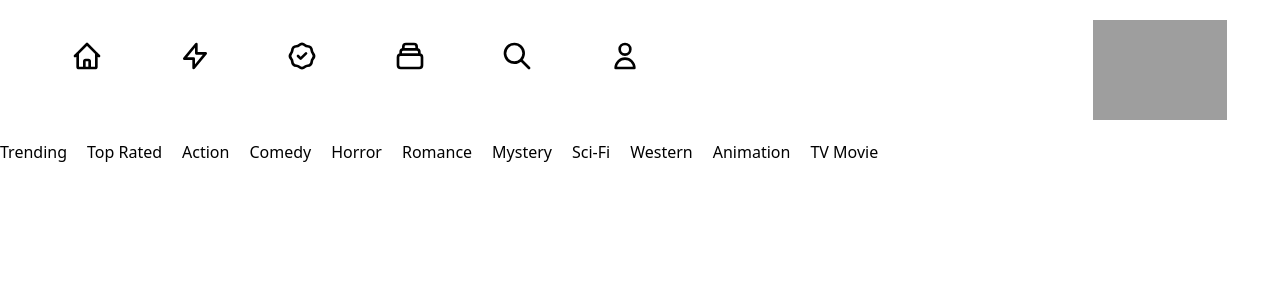
Repository: jafredk/hulu-2
Page: /
An editor plug-in stored every save of this project. The page is shown before and after the next save, followed by the edit.
The browser window is 1280 px wide. The pictures show the whole page.
Pictures or frames that could not be fetched are drawn as grey boxes. The project was rebuilt for these pictures with package versions that can differ from the ones it lists, and the page was loaded fresh each time. The framework's server and built-in components were replaced by stand-ins that run in the browser. Also part of the build but not shown: next.config.js.

Above is the page before, as saved 2021-11-02 11:47:18.

### pages/index.js
import Head from 'next/head'
import Image from 'next/image'
import Header from '../components/Header'
import Nav from '../components/Nav'


export default function Home() {
  return (
    <div>
      <Head>
        <title>HULU</title>
        <meta name="description" content="Generated by create next app" />
        <link rel="icon" href="/favicon.ico" />
      </Head>



      {/* Header */}
      <Header />



      {/* Nav */}
      <Nav />



      {/* Results */}
    </div>
  )
}

### components/Header.js
import {
    BadgeCheckIcon,
    CollectionIcon,
    HomeIcon,
    LightningBoltIcon,
    SearchIcon,
    UserIcon,
} from "@heroicons/react/outline";

import Image from 'next/image'
import HeaderItem from './HeaderItem';

function Header() {
    return (
        <header className="flex flex-col sm:flex-row m-5 justify-between items-center h-auto">
            <div className="flex flex-grow justify-evenly max-w-2xl">
                <HeaderItem title='HOME' Icon={HomeIcon} />
                <HeaderItem title='TRENDING' Icon={LightningBoltIcon} />
                <HeaderItem title='VERIFIED' Icon={BadgeCheckIcon} />
                <HeaderItem title='COLLECTIONS' Icon={CollectionIcon} />
                <HeaderItem title='SEARCH' Icon={SearchIcon} />
                <HeaderItem title='ACCOUNT' Icon={UserIcon} />
            </div>


            <Image className="object-contain bg " src="https://links.papareact.com/ua6" width={200} height={100} />
        </header>
    );
}

export default Header;

### components/Nav.js
import requests from "../utils/requests";

function Nav() {
    return (
        <nav>
            <div className="flex flex-row space-x-5">
                {Object.entries(requests).map(([key, { title, url }]) => (
                    <h2>{title}</h2>
                ))}



                </div>

        </nav>
    );
}

export default Nav;

### components/HeaderItem.js
function HeaderItem({ Icon, title }) {
    return (
        <div className=" flex flex-col items-center cursor-pointer group w-12 sm:w-20 hover:text-white ">
            <Icon className="h-8 mb-1 group-hover:animate-bounce " />
            <p className=" opacity-0 group-hover:opacity-100  tracking-widest">{title}</p>
        </div>
    );
}

export default HeaderItem;

### utils/requests.js
const API_KEY = process.env.API_KEY;

export default {
    fetchTrending: {
        title: "Trending",
        url: `/trending/all/week?api_key=${API_KEY}&language=en-US`,
    },

    fetchTopRated: {
        title: "Top Rated",
        url: `/movie/top_rated?api_key=${API_KEY}&language=en-US`,
    },


    fetchActionMovies: {
        title: "Action",
        url: `/discover/movie?api_key=${API_KEY}&with_genres=28`,
    },

    fetchComedyMovies: {
        title: "Comedy",
        url: `/discover/movie?api_key=${API_KEY}&with_genres=35`,
    },

    fetchHorrorMovies: {
        title: "Horror",
        url: `/discover/movie?api_key=${API_KEY}&with_genres=27`,
    },

    fetchRomanceMovies: {
        title: "Romance",
        url: `/discover/movie?api_key=${API_KEY}&with_genres=10749`,
    },

    fetchMystery: {
        title: "Mystery",
        url: `/discover/movie?api_key=${API_KEY}&with_genres=9648`,
    },

    fetchSciFi: {
        title: "Sci-Fi",
        url: `/discover/movie?api_key=${API_KEY}&with_genres=878`,
    },

    fetchWestern: {
        title: "Western",
        url: `/discover/movie?api_key=${API_KEY}&with_genres=37`,
    },

    fetchAnimation: {
        title: "Animation",
        url: `/discover/movie?api_key=${API_KEY}&with_genres=16`,
    },


    fetchTV: {
        title: "TV Movie",
        url: `/discover/movie?api_key=${API_KEY}&with_genres=10770`,
    },
}

Loaded but not shown: pages/_app.js (common file); styles/globals.css (common file)

After the next save:
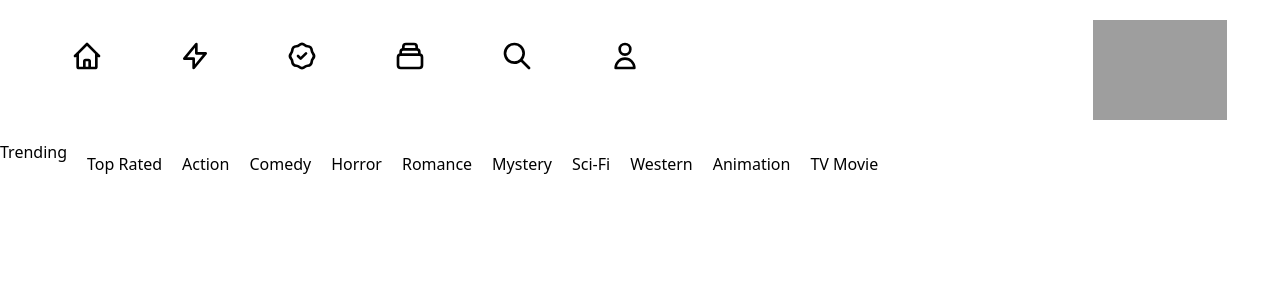
Saved 53 s later.
--- a/components/Nav.js
+++ b/components/Nav.js
@@ -3,7 +3,7 @@
 function Nav() {
     return (
         <nav>
-            <div className="flex flex-row space-x-5">
+            <div className="flex flex-row space-x-5 space-y-3">
                 {Object.entries(requests).map(([key, { title, url }]) => (
                     <h2>{title}</h2>
                 ))}

After the save that followed:
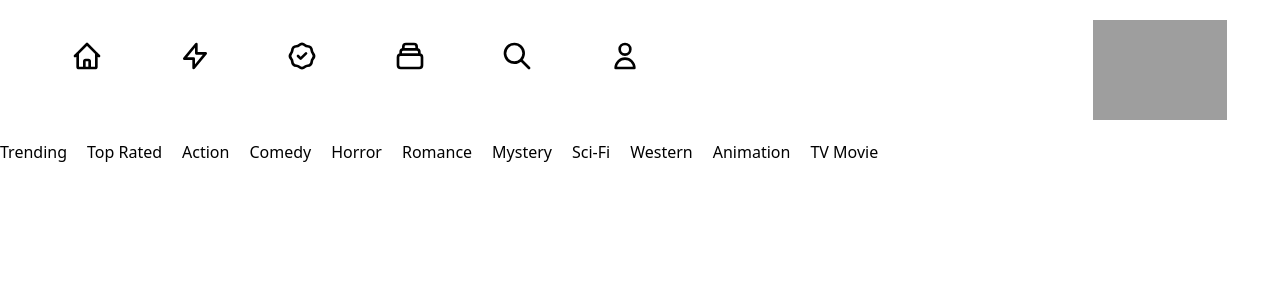
Saved 11 s later.
--- a/components/Nav.js
+++ b/components/Nav.js
@@ -3,7 +3,7 @@
 function Nav() {
     return (
         <nav>
-            <div className="flex flex-row space-x-5 space-y-3">
+            <div className="flex flex-row space-x-5">
                 {Object.entries(requests).map(([key, { title, url }]) => (
                     <h2>{title}</h2>
                 ))}
